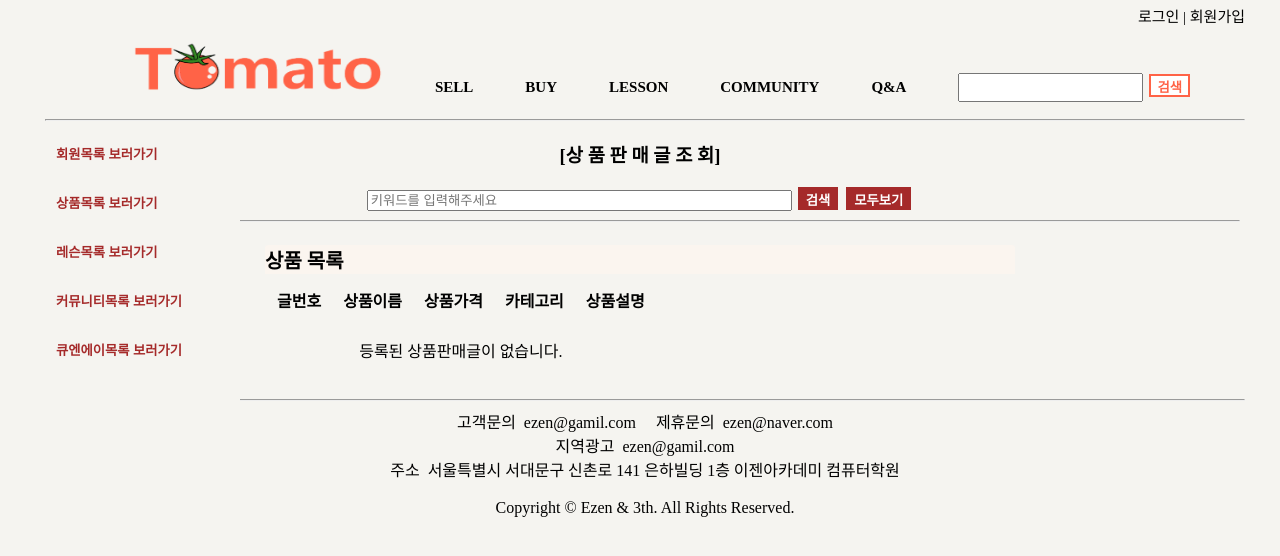
Repository: javadogfoot/semi-project
Page: http://localhost/tomato/admin/buyListAll_admin.jsp
An editor plug-in stored every save of this project. The page is shown before and after the next save, followed by the edit.
The browser window is 1280 px wide. The pictures show the whole page.
The page is served by Tomcat 9. Other server files are loaded and not shown. Queries for data that is not in the repository find no rows.

Above is the page before, as saved 2021-10-18 17:53:09.

### semi프로젝트워크스페이스/tomato/src/main/webapp/admin/buyListAll_admin.jsp
<%@ page language="java" contentType="text/html; charset=UTF-8"
    pageEncoding="UTF-8"%>
<%request.setCharacterEncoding("utf-8"); %>
<%@ page import="java.util.*" %>
<%@ page import="tomato.sell.*" %>
<jsp:useBean id="sdao" class="tomato.sell.SellDAO"></jsp:useBean>
<!DOCTYPE html>
<html>
<head>
<meta charset="UTF-8">
<title>Insert title here</title>
<link rel="stylesheet" type="text/css" href="/tomato/css/mainLayout.css">
<style>
#joinbtn1{
   background-color: brown;
   color: white;
   font-weight: bold;
   height:23px;
   border: none;
   margin:2px;
   border: 2px solid brown;
}
#joinbtn1:hover{

   background: #f5f4f0;
   color: brown;
   font-weight: bold;
   height:23px;
   border: none;
   margin:2px;
}
.sidebar {
font-size : 3px;
font-weight : bold;
height: 500px;
width: 200px;
color: #999;
background: #f5f4f0;
}
.sidebar a {
padding: 15px 16px 15px 16px;
text-decoration: none;
font-size: 10pt;
color: brown;
display: block;
border: 1px bold tomato;
}
.sidebar a:hover {
color: tomato;
}
h3{
   text-align: center;
}
li {
   list-style-type: none;
}
h4 {
   text-align: center;
   margin: 0px auto;
}
aside {
   width:200px;
   float:left;
}
form {
   text-align : center;
}
.table-responsive {
    width: 750px;
   margin: 0px auto;
   padding:15px;
    }
.table-wrapper {
      background: #f5f4f0;
      margin: 0px auto;
}
.table-title {
      background: #FBF5EF;
      color: #red;
      margin: 0px auto;
      border-radius: 3px 3px 0 0;
}
.table-title h2 {
      font-size: 20px;
      font-color: #e9e9e9;
      margin: 0px auto;
}
table.table tr th, table.table tr td {
        border-color: #e9e9e9;
      padding: 12px 10px;
      vertical-align: middle;
}
table.table-striped.table-hover tbody tr:hover {
      background: #f5f5f5
}
</style>
<script>
function showListAll(){
   location.href='buyListAll_admin.jsp';
}
</script>
</head>
<body>
<%@include file="/header.jsp" %>
<aside>
<div class="sidebar" style="position:absolute;">
<div></div><a href="memberList_admin.jsp">회원목록 보러가기</a>
<div></div><a href="buyList_admin.jsp">상품목록 보러가기</a>
<div></div><a href="lessonList_admin.jsp">레슨목록 보러가기</a>
<div></div><a href="communityList_admin.jsp">커뮤니티목록 보러가기</a>
<div></div><a href="qnaList_admin.jsp">큐엔에이목록 보러가기</a>
</div>
</aside>
<section>
      <h3>[상 품 판 매 글 조 회]</h3>
</section>

<section>
   <form name="keywordFind" method="post">
      <input type="text" name="keyword" placeholder="키워드를 입력해주세요" size="50">
      <input type="submit" value="검색" id="joinbtn1">
      <input type="button" name="listAll" value="모두보기" id="joinbtn1" onclick="showListAll()">
   </form>
</section>
<section>
   <hr>
      <%
      if(request.getMethod().equals("GET")){
         %>
</section>
       <article>
       <div class="container">
        <div class="table-responsive">
        <div class="table-wrapper">
            <div class="table-title">
                <div class="row">
                    <div class="col-xs-5">
                        <h2>상품 <b>목록</b></h2>
                    </div>
                </div>
            </div>
    <table class="table table-striped table-hover">
         <thead>
            <tr>
               <th>글번호</th>
               <th>상품이름</th>
               <th>상품가격</th>
               <th>카테고리</th>
               <th>상품설명</th>
            </tr>
         </thead>
         <tbody>
            <%
            ArrayList<SellDTO> arr=sdao.buyList();
            if(arr==null||arr.size()==0){
               %>
               <tr>
                  <td colspan="5" align="center">
                  등록된 상품판매글이 없습니다.
                  </td>
               </tr>
               <%
            }else {
               for(int i=0;i<arr.size();i++){
                  %>
                  <tr>
                    <td><%=arr.get(i).getS_idx() %></td>
                    <td><a href="/tomato/buy/buyContent.jsp?s_idx=<%=arr.get(i).getS_idx() %>"><%=arr.get(i).getS_name() %></a></td>
                    <td><%=arr.get(i).getS_price() %></td>
                    <td><%=arr.get(i).getS_cate() %></td>
                    <td><%=arr.get(i).getS_con().substring(0,10) %>...</td>
                 </tr>
                  <%
               }
            }
            %>
           </tbody>
        </table>
        </div>
        </div>
        </div>
        </article>
         <%
      }else {
         %>
         <jsp:include page="buyKeywordFind_ok.jsp"></jsp:include>
         <%
      }
      %>

<%@include file="/footer.jsp" %>
</body>
</html>

### semi프로젝트워크스페이스/tomato/src/main/webapp/header.jsp
<%@ page language="java" contentType="text/html; charset=UTF-8"
    pageEncoding="UTF-8"%>
<!DOCTYPE html>
<html>
<head>
<meta charset="UTF-8">
<title>Insert title here</title>
<style>

#btn1{
   background-color: white;
   color: tomato;
   font-weight: bold;
   height:23px;
   border: none;
   margin:2px;
   border: 2px solid tomato;
}
#btn1:hovertn1{
   background-color: tomato;
   color: white;
   font-weight: bold;
   height:23px;
   border: none;
   margin:2px;
   border: 2px solid tomato;
}
</style>
</head>
<body>
<header>
<%
String m_id=(String)session.getAttribute("m_id");
String m_name=(String)session.getAttribute("m_name");
if(m_id==null){
   %>
   <div>
   <a href="/tomato/member/login.jsp">로그인</a> | <a href="/tomato/member/join.jsp">회원가입</a>
   </div>
   <%
}else{
      %>
   <div>
   <%
   if(m_id.equals("admin")){
      %>
      <a href="/tomato/admin/memberList_admin.jsp"><%=m_name %>님 마이페이지</a> |
      <%
   }else{
      %>
      <a href="/tomato/member/mypage.jsp"><%=m_name %>님 마이페이지</a> |
      <%
   }
   %>
   <a href="/tomato/member/logout.jsp">로그아웃</a>
   </div>
   <%
}
%>
<nav>
<ul>
   <li><h1><a href="/tomato/index.jsp"><img src="/tomato/img/토마토_메인로고.png" alt="메인로고" height="50px" width="250px"></a></h1></li>
   <li><h2><a href="/tomato/sell/sell.jsp">SELL</a></h2></li>
   <li><h2><a href="/tomato/buy/buyList.jsp?col=s_idx&range=desc">BUY</a></h2></li>
   <li><h2><a href="/tomato/lesson/lessonList.jsp">LESSON</a></h2></li>
   <li><h2><a href="/tomato/community/community.jsp">COMMUNITY</a></h2></li>
   <li><h2><a href="/tomato/qna/qnaList.jsp">Q&A</a></h2></li>
   <li>
		<form name="headerSearch" action="/tomato/buy/headerBuySearch.jsp" style="display: inline;">
			<input type="text" name="searchValue">
			<input type="submit" value="검색" id="btn1">
		</form>
	</li>
</ul>
</nav>
<hr/>
</header>
</body>
</html>

### semi프로젝트워크스페이스/tomato/src/main/webapp/footer.jsp
<%@ page language="java" contentType="text/html; charset=UTF-8"
    pageEncoding="UTF-8"%>
<!DOCTYPE html>
<html>
<head>
<meta charset="UTF-8">
<title>Insert title here</title>
</head>
<body>
<footer>
<hr/>
<div>
고객문의&nbsp;&nbsp;ezen@gamil.com &nbsp;&nbsp;&nbsp;&nbsp;제휴문의&nbsp;&nbsp;ezen@naver.com
<br/>
지역광고&nbsp;&nbsp;ezen@gamil.com
<br/>
주소&nbsp;&nbsp;서울특별시 서대문구 신촌로 141 은하빌딩 1층 이젠아카데미 컴퓨터학원
</div>
<br/>
<div>Copyright &copy; Ezen & 3th. All Rights Reserved.</div>
</footer>
</body>
</html>

### semi프로젝트워크스페이스/tomato/src/main/java/tomato/db/TomatoDB.java
package tomato.db;

import java.sql.*;
import javax.sql.*;
import javax.naming.*;

public class TomatoDB {

	static DataSource ds;

	static{
		try {
		Context initContext = new InitialContext();
		Context envContext  = (Context)initContext.lookup("java:/comp/env");
		ds = (DataSource)envContext.lookup("jdbc/myoracle");
		}catch(Exception e) {
			e.printStackTrace();
		}
	}

	public static Connection getConn() throws Exception{
		return ds.getConnection();
	}
}

### semi프로젝트워크스페이스/tomato/src/main/webapp/css/mainLayout.css
@charset "UTF-8";
body{
   background-color: #f5f4f0;
   margin: 5px auto;
   width: 1200px;
}
header{
   width: 1200px;
   margin: 5px;
}
header div{
   text-align: right;
   font-size: 15px;
}
header div a{
   color: black;
   text-decoration: none;
}
header div a:hover{
   color: black;
   text-decoration: underline;
}
h1{
   font-size: 45px;
   color: tomato;
   display: inline;
}
h1 a{
   text-decoration: none;
   color: tomato;
}
h2{
   color: black;
   display: inline;
   font-size: 15px;
}
h2 a{
   text-decoration: none;
   color: black;
}
header nav li{
   list-style-type: none;
   display: inline;
   color: black;
   margin-left: 48px;
}
header input{

   height: 23px;
}
section{
   width: 1200px;
}
footer{
   width: 1200px;
   clear: both;
   margin: 5px;
   text-align: center;
}

Loaded but not shown: semi프로젝트워크스페이스/tomato/src/main/java/tomato/sell/SellDAO.java (869 lines, source omitted)

After the next save:
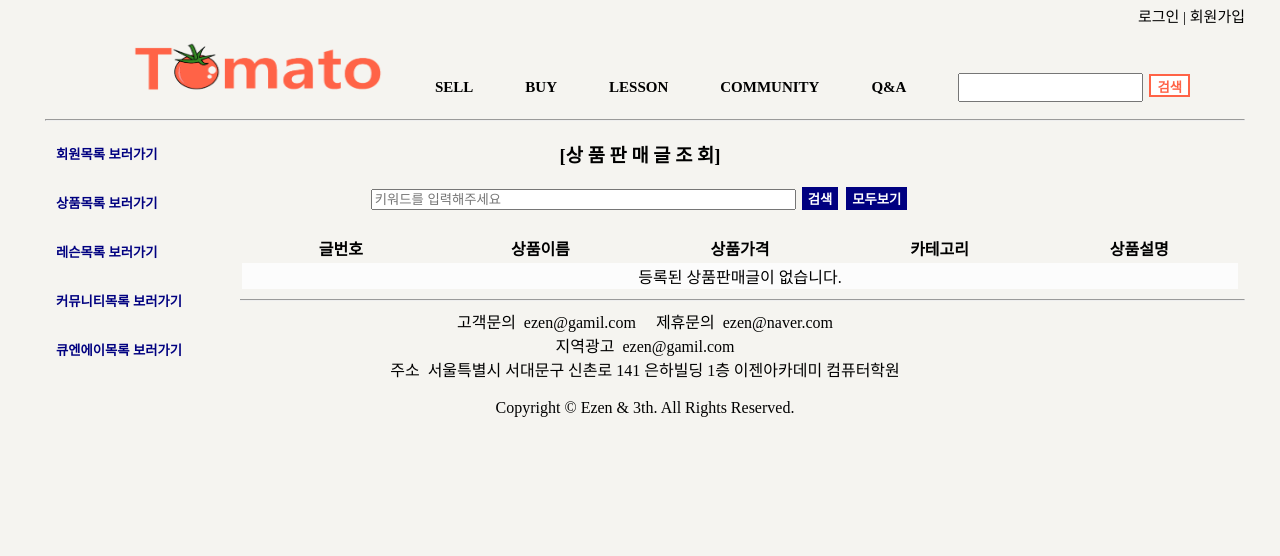
Saved 12 s later.
--- a/semi프로젝트워크스페이스/tomato/src/main/webapp/admin/buyListAll_admin.jsp
+++ b/semi프로젝트워크스페이스/tomato/src/main/webapp/admin/buyListAll_admin.jsp
@@ -12,18 +12,16 @@
 <link rel="stylesheet" type="text/css" href="/tomato/css/mainLayout.css">
 <style>
 #joinbtn1{
-   background-color: brown;
+   background-color: navy;
    color: white;
    font-weight: bold;
    height:23px;
    border: none;
    margin:2px;
-   border: 2px solid brown;
 }
 #joinbtn1:hover{
-
    background: #f5f4f0;
-   color: brown;
+   color: navy;
    font-weight: bold;
    height:23px;
    border: none;
@@ -41,12 +39,15 @@ background: #f5f4f0;
 padding: 15px 16px 15px 16px;
 text-decoration: none;
 font-size: 10pt;
-color: brown;
+color: navy;
 display: block;
 border: 1px bold tomato;
 }
 .sidebar a:hover {
 color: tomato;
+}
+form {
+   text-align : center;
 }
 h3{
    text-align: center;
@@ -62,37 +63,28 @@ aside {
    width:200px;
    float:left;
 }
-form {
-   text-align : center;
+fieldset{
+   margin: 0px auto;
+   width: 700px;
+   text-align: center;
 }
-.table-responsive {
-    width: 750px;
-   margin: 0px auto;
-   padding:15px;
+   table.table tr th, table.table tr td {
+       border-color: #e9e9e9;
+       width: 770px;
+       text-align: center;
     }
-.table-wrapper {
-      background: #f5f4f0;
-      margin: 0px auto;
-}
-.table-title {
-      background: #FBF5EF;
-      color: #red;
-      margin: 0px auto;
-      border-radius: 3px 3px 0 0;
-}
-.table-title h2 {
-      font-size: 20px;
-      font-color: #e9e9e9;
-      margin: 0px auto;
-}
-table.table tr th, table.table tr td {
-        border-color: #e9e9e9;
-      padding: 12px 10px;
-      vertical-align: middle;
-}
-table.table-striped.table-hover tbody tr:hover {
-      background: #f5f5f5
-}
+    table.table-striped tbody tr:nth-of-type(odd) {
+       background-color: #fcfcfc;
+   }
+   table.table-striped.table-hover tbody tr:hover {
+      background: #f5f5f5;
+   }
+   table.table td a {
+      font-weight: bold;
+      color: #566787;
+      display: inline-block;
+      text-decoration: none;
+      outline: none !important;
 </style>
 <script>
 function showListAll(){
@@ -114,7 +106,6 @@ function showListAll(){
 <section>
       <h3>[상 품 판 매 글 조 회]</h3>
 </section>
-
 <section>
    <form name="keywordFind" method="post">
       <input type="text" name="keyword" placeholder="키워드를 입력해주세요" size="50">
@@ -123,23 +114,13 @@ function showListAll(){
    </form>
 </section>
 <section>
-   <hr>
       <%
       if(request.getMethod().equals("GET")){
          %>
 </section>
        <article>
-       <div class="container">
-        <div class="table-responsive">
-        <div class="table-wrapper">
-            <div class="table-title">
-                <div class="row">
-                    <div class="col-xs-5">
-                        <h2>상품 <b>목록</b></h2>
-                    </div>
-                </div>
-            </div>
-    <table class="table table-striped table-hover">
+        <h2>상품 <b>목록</b></h2>
+    <table class="table table-striped table-hover" style="margin-left:200px;">
          <thead>
             <tr>
                <th>글번호</th>
@@ -176,9 +157,6 @@ function showListAll(){
             %>
            </tbody>
         </table>
-        </div>
-        </div>
-        </div>
         </article>
          <%
       }else {
